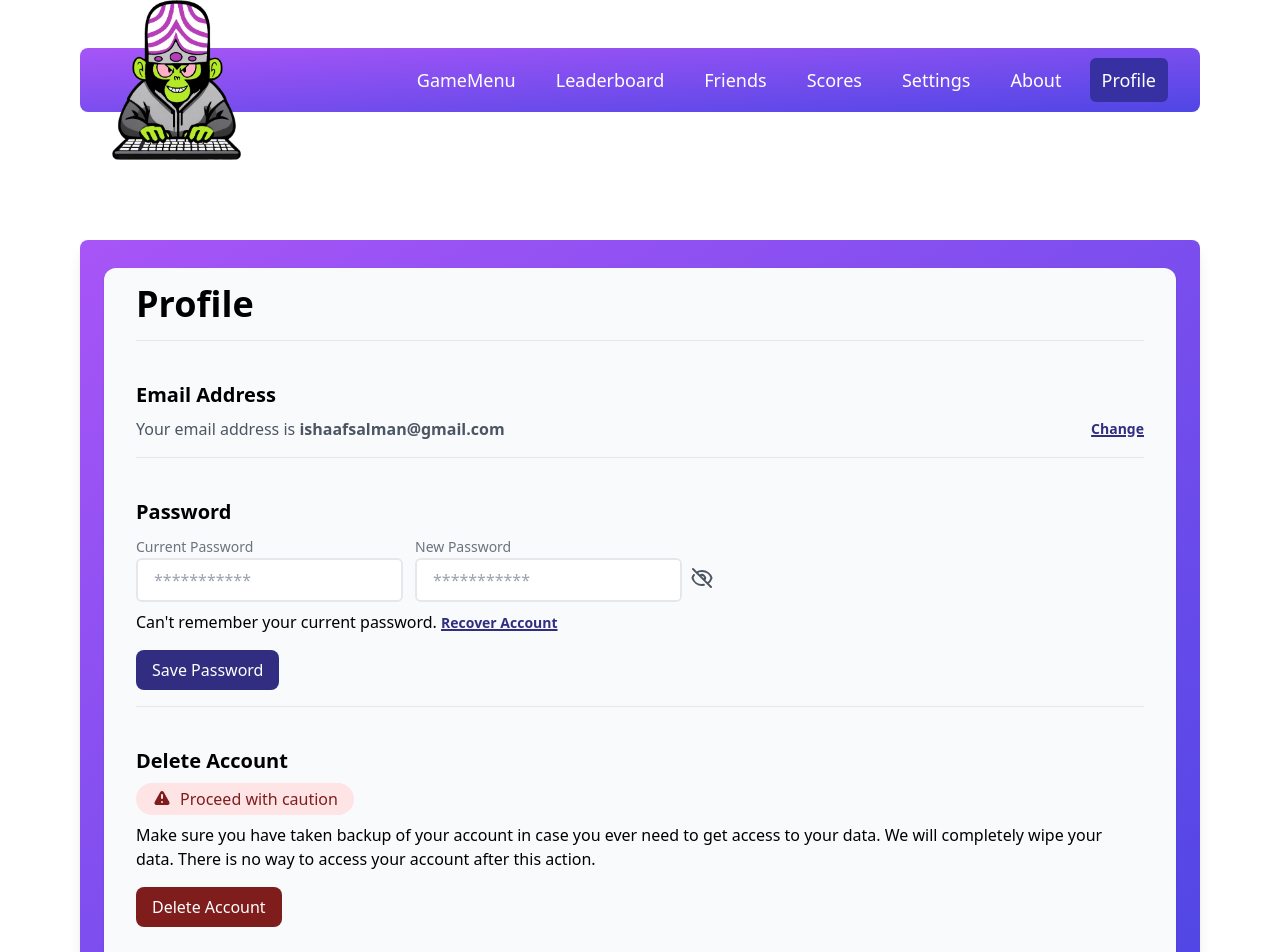
Repository: shaafsalman/notMonkeyType
Page: /Profile (app in not-monkeytype-vite/)
These files come from the project's save history. The page is drawn as it stood at one moment and after the next save; the edit follows.
The browser window is 1280 px wide. The pictures show the part of the page from y = 0 to 952 px (the page is 1597 px tall).
The project was rebuilt for these pictures with package versions that can differ from the ones it lists, and the page was loaded fresh each time. Also part of the build but not shown: not-monkeytype-vite/vite.config.js, not-monkeytype-vite/src/components/Page-Parts/GameMenu.jsx, not-monkeytype-vite/src/components/Page-Parts/Leaderboards.jsx, not-monkeytype-vite/src/components/Page-Parts/Friends.jsx, not-monkeytype-vite/src/components/Page-Parts/Scores.jsx, not-monkeytype-vite/src/components/Page-Parts/Settings.jsx, not-monkeytype-vite/src/components/Page-Parts/NoPage.jsx.

Above is the page before, as saved 2024-05-01 04:17:28.

After the next save:
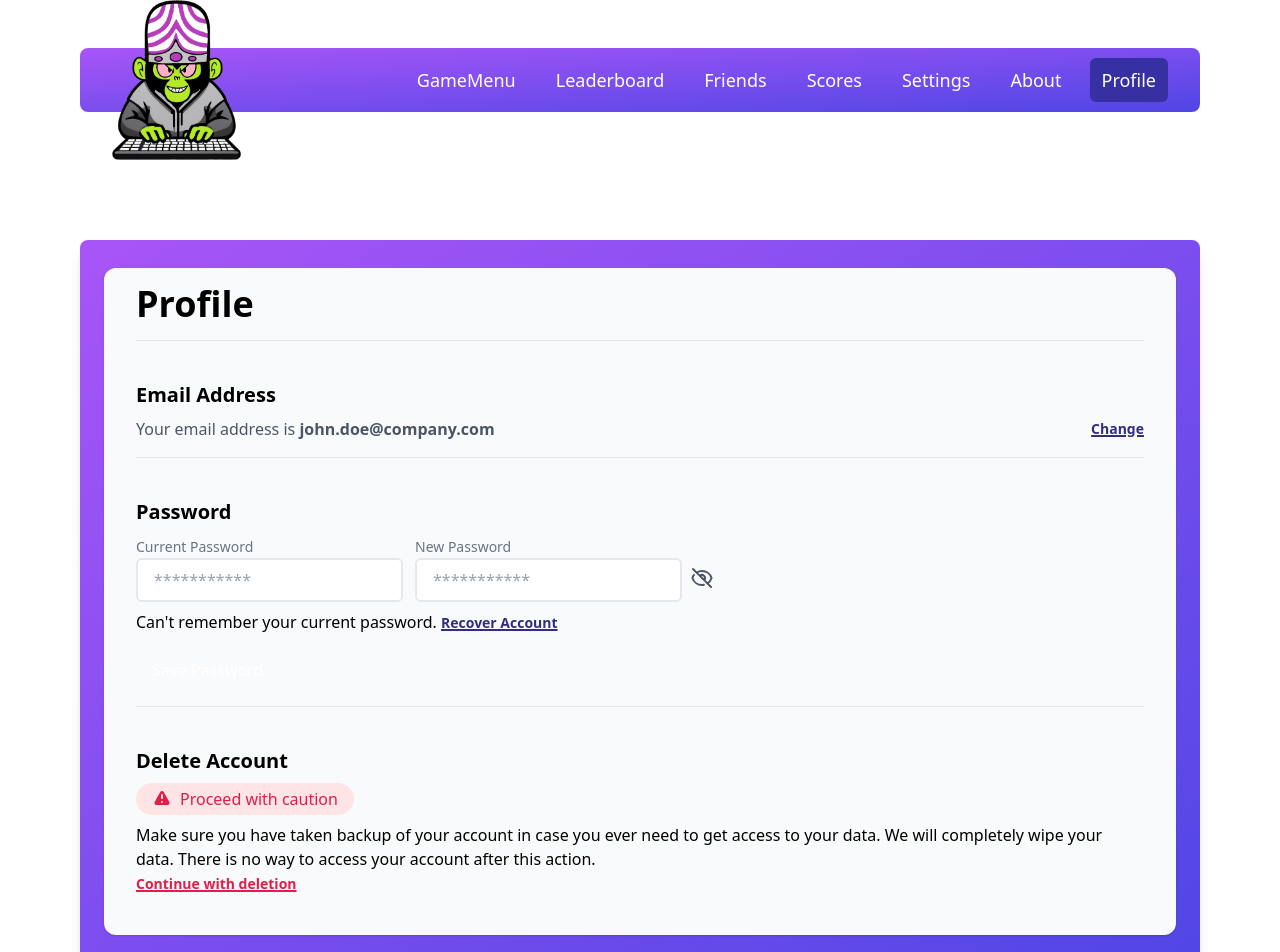
Saved 10 s later.
--- a/not-monkeytype-vite/src/components/Page-Parts/Profile.jsx
+++ b/not-monkeytype-vite/src/components/Page-Parts/Profile.jsx
@@ -4,7 +4,7 @@
 const Profile = () => {
   return (
     <div className="flex justify-center items-center h-full">
- <div className="max-w-screen-xl rounded-lg ml-1 my-20 mr-20 ml-20	 overflow-hidden shadow-lg bg-gradient-to-br from-purple-500 to-indigo-600">
+ <div className="max-w-screen-xl rounded-lg ml-10 my-20 mr-20 ml-20	 overflow-hidden shadow-lg bg-gradient-to-br from-purple-500 to-indigo-600">
         <div className="px-6 py-4">
           {/* Settings page */}
           <div className="mx-4 min-h-screen max-w-screen-xl sm:mx-8 xl:mx-auto">
@@ -17,7 +17,7 @@
                 <hr className="mt-4 mb-8" />
                 <p className="py-2 text-xl font-semibold">Email Address</p>
                 <div className="flex flex-col sm:flex-row sm:items-center sm:justify-between">
-                  <p className="text-gray-600">Your email address is <strong>ishaafsalman@gmail.com</strong></p>
+                  <p className="text-gray-600">Your email address is <strong>john.doe@company.com</strong></p>
                   <button className="inline-flex text-sm font-semibold text-indigo-900 underline decoration-2">Change</button>
                 </div>
                 <hr className="mt-4 mb-8" />
@@ -42,19 +42,19 @@
                   </svg>
                 </div>
                 <p className="mt-2">Can't remember your current password. <a className="text-sm font-semibold text-indigo-900 underline decoration-2" href="#">Recover Account</a></p>
-                <button className="mt-4 rounded-lg bg-indigo-900 px-4 py-2 text-white">Save Password</button>
+                <button className="mt-4 rounded-lg bg-blue-00 px-4 py-2 text-white">Save Password</button>
                 <hr className="mt-4 mb-8" />
 
                 <div className="mb-10">
                   <p className="py-2 text-xl font-semibold">Delete Account</p>
-                  <p className="inline-flex items-center rounded-full bg-rose-100 px-4 py-1 text-red-900">
+                  <p className="inline-flex items-center rounded-full bg-rose-100 px-4 py-1 text-rose-600">
                     <svg xmlns="http://www.w3.org/2000/svg" className="mr-2 h-5 w-5" viewBox="0 0 20 20" fill="currentColor">
                       <path fillRule="evenodd" d="M8.257 3.099c.765-1.36 2.722-1.36 3.486 0l5.58 9.92c.75 1.334-.213 2.98-1.742 2.98H4.42c-1.53 0-2.493-1.646-1.743-2.98l5.58-9.92zM11 13a1 1 0 11-2 0 1 1 0 012 0zm-1-8a1 1 0 00-1 1v3a1 1 0 002 0V6a1 1 0 00-1-1z" clipRule="evenodd" />
                     </svg>
                     Proceed with caution
                   </p>
                   <p className="mt-2">Make sure you have taken backup of your account in case you ever need to get access to your data. We will completely wipe your data. There is no way to access your account after this action.</p>
-                  <button className="mt-4 rounded-lg bg-red-900 px-4 py-2 text-white">Delete Account</button>
+                  <button className="ml-auto text-sm font-semibold text-rose-600 underline decoration-2">Continue with deletion</button>
                 </div>
               </div>
             </div>

After the save that followed:
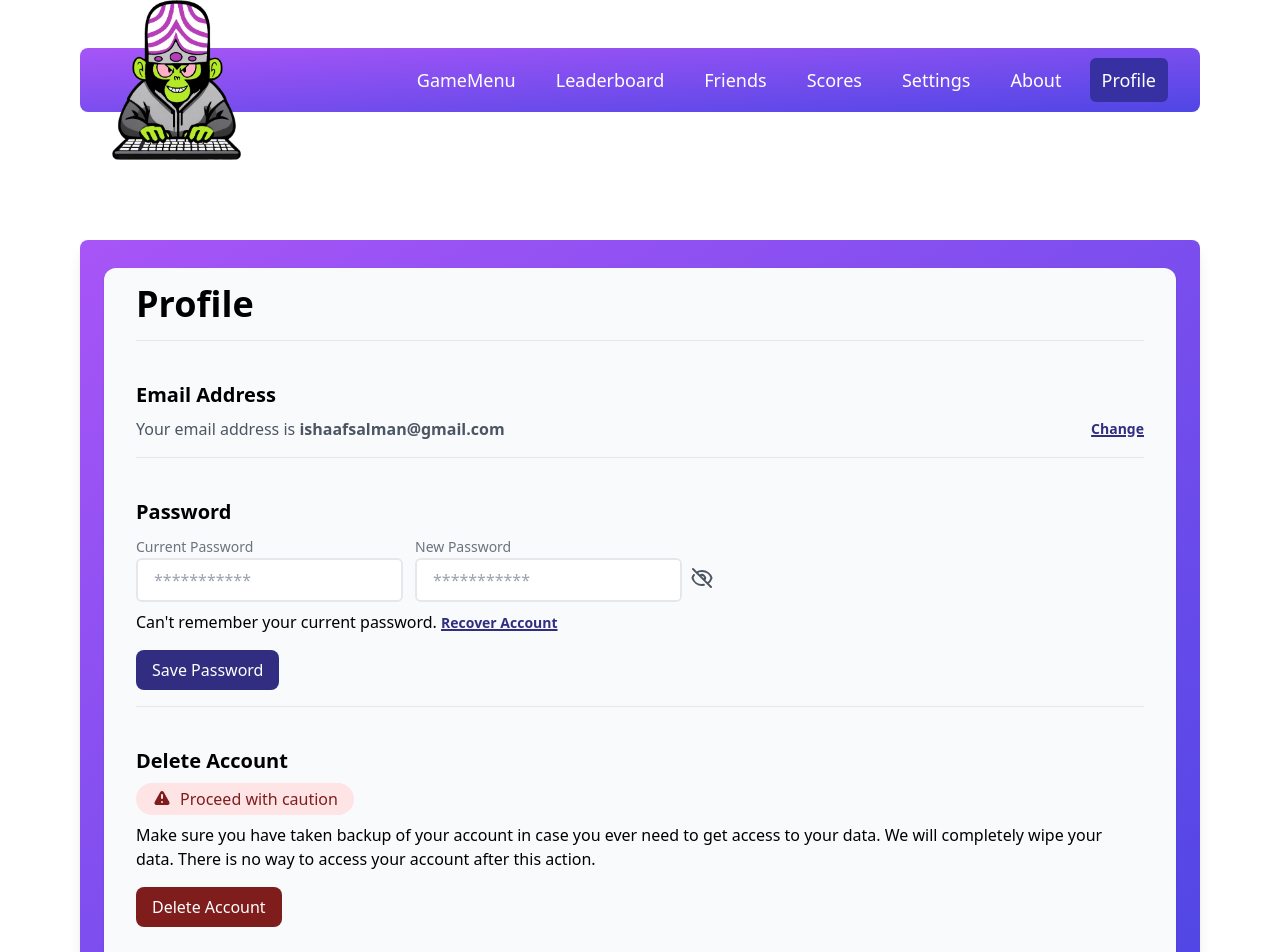
Saved 9 s later.
--- a/not-monkeytype-vite/src/components/Page-Parts/Profile.jsx
+++ b/not-monkeytype-vite/src/components/Page-Parts/Profile.jsx
@@ -4,7 +4,7 @@
 const Profile = () => {
   return (
     <div className="flex justify-center items-center h-full">
- <div className="max-w-screen-xl rounded-lg ml-10 my-20 mr-20 ml-20	 overflow-hidden shadow-lg bg-gradient-to-br from-purple-500 to-indigo-600">
+ <div className="max-w-screen-xl rounded-lg ml- my-20 mr-20 ml-20	 overflow-hidden shadow-lg bg-gradient-to-br from-purple-500 to-indigo-600">
         <div className="px-6 py-4">
           {/* Settings page */}
           <div className="mx-4 min-h-screen max-w-screen-xl sm:mx-8 xl:mx-auto">
@@ -17,7 +17,7 @@
                 <hr className="mt-4 mb-8" />
                 <p className="py-2 text-xl font-semibold">Email Address</p>
                 <div className="flex flex-col sm:flex-row sm:items-center sm:justify-between">
-                  <p className="text-gray-600">Your email address is <strong>john.doe@company.com</strong></p>
+                  <p className="text-gray-600">Your email address is <strong>ishaafsalman@gmail.com</strong></p>
                   <button className="inline-flex text-sm font-semibold text-indigo-900 underline decoration-2">Change</button>
                 </div>
                 <hr className="mt-4 mb-8" />
@@ -42,19 +42,19 @@
                   </svg>
                 </div>
                 <p className="mt-2">Can't remember your current password. <a className="text-sm font-semibold text-indigo-900 underline decoration-2" href="#">Recover Account</a></p>
-                <button className="mt-4 rounded-lg bg-blue-00 px-4 py-2 text-white">Save Password</button>
+                <button className="mt-4 rounded-lg bg-indigo-900 px-4 py-2 text-white">Save Password</button>
                 <hr className="mt-4 mb-8" />
 
                 <div className="mb-10">
                   <p className="py-2 text-xl font-semibold">Delete Account</p>
-                  <p className="inline-flex items-center rounded-full bg-rose-100 px-4 py-1 text-rose-600">
+                  <p className="inline-flex items-center rounded-full bg-rose-100 px-4 py-1 text-red-900">
                     <svg xmlns="http://www.w3.org/2000/svg" className="mr-2 h-5 w-5" viewBox="0 0 20 20" fill="currentColor">
                       <path fillRule="evenodd" d="M8.257 3.099c.765-1.36 2.722-1.36 3.486 0l5.58 9.92c.75 1.334-.213 2.98-1.742 2.98H4.42c-1.53 0-2.493-1.646-1.743-2.98l5.58-9.92zM11 13a1 1 0 11-2 0 1 1 0 012 0zm-1-8a1 1 0 00-1 1v3a1 1 0 002 0V6a1 1 0 00-1-1z" clipRule="evenodd" />
                     </svg>
                     Proceed with caution
                   </p>
                   <p className="mt-2">Make sure you have taken backup of your account in case you ever need to get access to your data. We will completely wipe your data. There is no way to access your account after this action.</p>
-                  <button className="ml-auto text-sm font-semibold text-rose-600 underline decoration-2">Continue with deletion</button>
+                  <button className="mt-4 rounded-lg bg-red-900 px-4 py-2 text-white">Delete Account</button>
                 </div>
               </div>
             </div>
